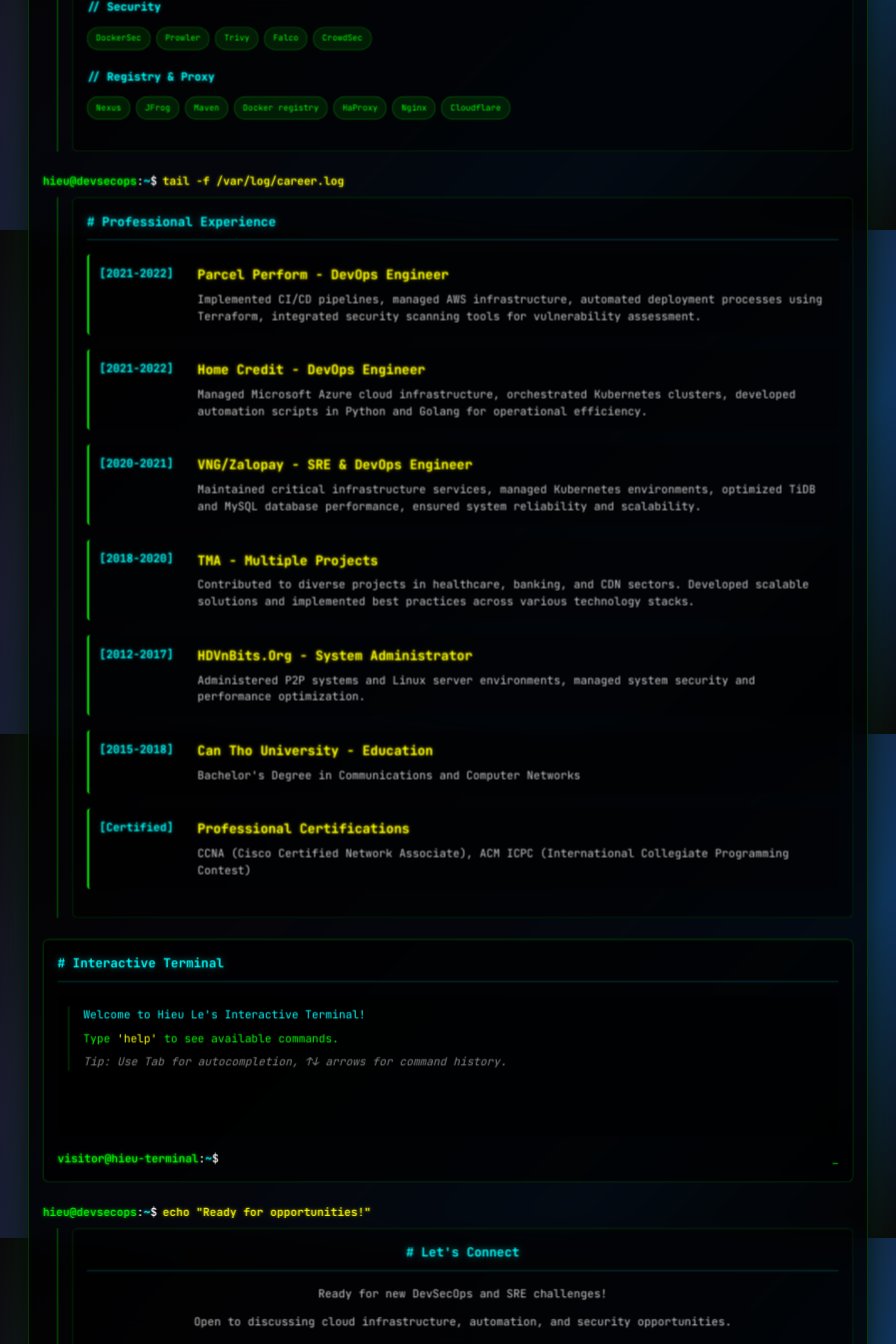
Repository: googlesky/googlesky.github.io
Page: index.html
These files come from the project's save history. The page is drawn as it stood at one moment and after the next save; the edit follows.
The browser window is 1280 px wide. The pictures show the part of the page from y = 1831 to 3751 px (the page is 3952 px tall before and 3848 px after), at 70% of full size.
Backgrounds fixed to the window are drawn as part of the page.

Above is the page before, as saved 2025-06-08 12:37:26.

After the next save:
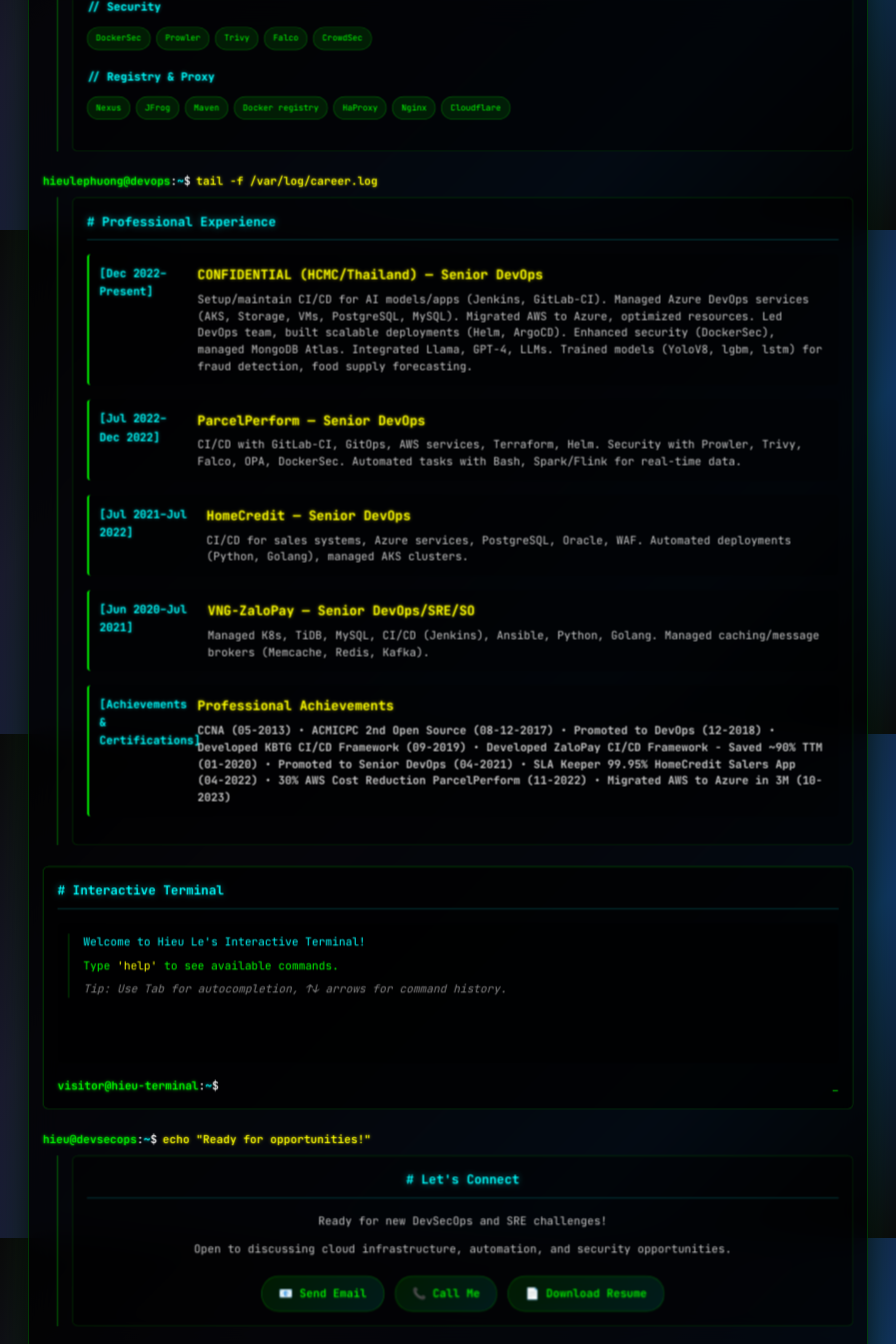
Saved 38 s later.
--- a/index.html
+++ b/index.html
@@ -215,7 +215,7 @@
             <!-- Experience Section -->
             <section id="experience" class="terminal-section">
                 <div class="prompt">
-                    <span class="user">hieu@devsecops</span><span class="separator">:</span><span class="path">~</span><span class="dollar">$</span>
+                    <span class="user">hieulephuong@devops</span><span class="separator">:</span><span class="path">~</span><span class="dollar">$</span>
                     <span class="command">tail -f /var/log/career.log</span>
                 </div>
                 <div class="command-output">
@@ -223,58 +223,42 @@
                         <h2 class="section-title"># Professional Experience</h2>
 
                         <div class="log-entry">
-                            <div class="log-timestamp">[2021-2022]</div>
-                            <div class="log-content">
-                                <h3 class="company">Parcel Perform - DevOps Engineer</h3>
-                                <p>Implemented CI/CD pipelines, managed AWS infrastructure, automated deployment processes using Terraform, integrated security scanning tools for vulnerability assessment.</p>
-                            </div>
-                        </div>
-
-                        <div class="log-entry">
-                            <div class="log-timestamp">[2021-2022]</div>
-                            <div class="log-content">
-                                <h3 class="company">Home Credit - DevOps Engineer</h3>
-                                <p>Managed Microsoft Azure cloud infrastructure, orchestrated Kubernetes clusters, developed automation scripts in Python and Golang for operational efficiency.</p>
-                            </div>
-                        </div>
-
-                        <div class="log-entry">
-                            <div class="log-timestamp">[2020-2021]</div>
-                            <div class="log-content">
-                                <h3 class="company">VNG/Zalopay - SRE & DevOps Engineer</h3>
-                                <p>Maintained critical infrastructure services, managed Kubernetes environments, optimized TiDB and MySQL database performance, ensured system reliability and scalability.</p>
-                            </div>
-                        </div>
-
-                        <div class="log-entry">
-                            <div class="log-timestamp">[2018-2020]</div>
-                            <div class="log-content">
-                                <h3 class="company">TMA - Multiple Projects</h3>
-                                <p>Contributed to diverse projects in healthcare, banking, and CDN sectors. Developed scalable solutions and implemented best practices across various technology stacks.</p>
-                            </div>
-                        </div>
-
-                        <div class="log-entry">
-                            <div class="log-timestamp">[2012-2017]</div>
-                            <div class="log-content">
-                                <h3 class="company">HDVnBits.Org - System Administrator</h3>
-                                <p>Administered P2P systems and Linux server environments, managed system security and performance optimization.</p>
-                            </div>
-                        </div>
-
-                        <div class="log-entry">
-                            <div class="log-timestamp">[2015-2018]</div>
-                            <div class="log-content">
-                                <h3 class="company">Can Tho University - Education</h3>
-                                <p>Bachelor's Degree in Communications and Computer Networks</p>
-                            </div>
-                        </div>
-
-                        <div class="log-entry">
-                            <div class="log-timestamp">[Certified]</div>
-                            <div class="log-content">
-                                <h3 class="company">Professional Certifications</h3>
-                                <p>CCNA (Cisco Certified Network Associate), ACM ICPC (International Collegiate Programming Contest)</p>
+                            <div class="log-timestamp">[Dec 2022–Present]</div>
+                            <div class="log-content">
+                                <h3 class="company">CONFIDENTIAL (HCMC/Thailand) — Senior DevOps</h3>
+                                <p>Setup/maintain CI/CD for AI models/apps (Jenkins, GitLab-CI). Managed Azure DevOps services (AKS, Storage, VMs, PostgreSQL, MySQL). Migrated AWS to Azure, optimized resources. Led DevOps team, built scalable deployments (Helm, ArgoCD). Enhanced security (DockerSec), managed MongoDB Atlas. Integrated Llama, GPT-4, LLMs. Trained models (YoloV8, lgbm, lstm) for fraud detection, food supply forecasting.</p>
+                            </div>
+                        </div>
+
+                        <div class="log-entry">
+                            <div class="log-timestamp">[Jul 2022–Dec 2022]</div>
+                            <div class="log-content">
+                                <h3 class="company">ParcelPerform — Senior DevOps</h3>
+                                <p>CI/CD with GitLab-CI, GitOps, AWS services, Terraform, Helm. Security with Prowler, Trivy, Falco, OPA, DockerSec. Automated tasks with Bash, Spark/Flink for real-time data.</p>
+                            </div>
+                        </div>
+
+                        <div class="log-entry">
+                            <div class="log-timestamp">[Jul 2021–Jul 2022]</div>
+                            <div class="log-content">
+                                <h3 class="company">HomeCredit — Senior DevOps</h3>
+                                <p>CI/CD for sales systems, Azure services, PostgreSQL, Oracle, WAF. Automated deployments (Python, Golang), managed AKS clusters.</p>
+                            </div>
+                        </div>
+
+                        <div class="log-entry">
+                            <div class="log-timestamp">[Jun 2020–Jul 2021]</div>
+                            <div class="log-content">
+                                <h3 class="company">VNG-ZaloPay — Senior DevOps/SRE/SO</h3>
+                                <p>Managed K8s, TiDB, MySQL, CI/CD (Jenkins), Ansible, Python, Golang. Managed caching/message brokers (Memcache, Redis, Kafka).</p>
+                            </div>
+                        </div>
+
+                        <div class="log-entry">
+                            <div class="log-timestamp">[Achievements & Certifications]</div>
+                            <div class="log-content">
+                                <h3 class="company">Professional Achievements</h3>
+                                <p><strong>CCNA (05-2013)</strong> • <strong>ACMICPC 2nd Open Source (08-12-2017)</strong> • <strong>Promoted to DevOps (12-2018)</strong> • <strong>Developed KBTG CI/CD Framework (09-2019)</strong> • <strong>Developed ZaloPay CI/CD Framework - Saved ~90% TTM (01-2020)</strong> • <strong>Promoted to Senior DevOps (04-2021)</strong> • <strong>SLA Keeper 99.95% HomeCredit Salers App (04-2022)</strong> • <strong>30% AWS Cost Reduction ParcelPerform (11-2022)</strong> • <strong>Migrated AWS to Azure in 3M (10-2023)</strong></p>
                             </div>
                         </div>
                     </div>
